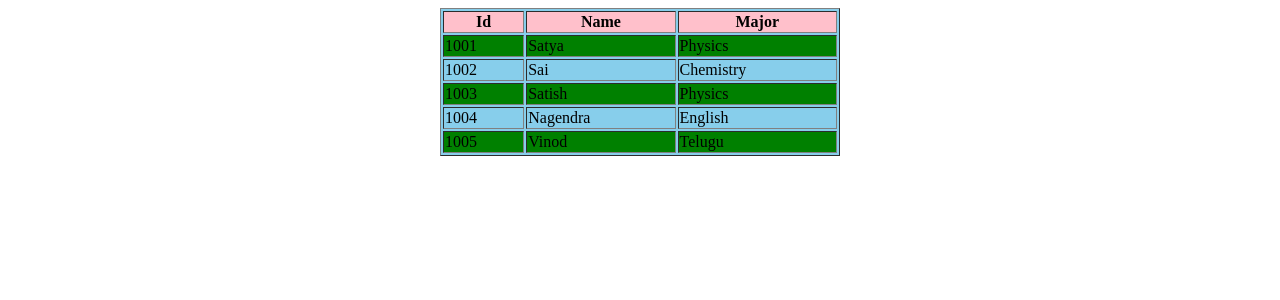
Repository: 1919satya/Mode2
Page: sample/sample/WebContent/table.html
An editor plug-in stored every save of this project. The page is shown before and after the next save, followed by the edit.
The browser window is 1280 px wide. The pictures show the whole page.

Above is the page before, as saved 2019-10-10 12:53:01.

After the next save:
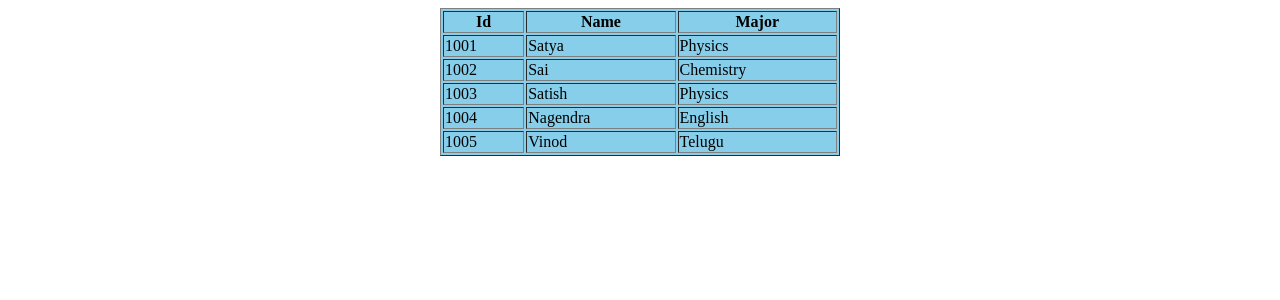
Saved 2 min 18 s later.
--- a/sample/sample/WebContent/table.html
+++ b/sample/sample/WebContent/table.html
@@ -8,13 +8,13 @@
 <form action="">
  <table border="1" align="center" width="400" bgcolor="skyblue">
 
- <tr bgcolor="pink">
+ <tr>
 
     <th>Id</th>
     <th>Name</th>
     <th>Major</th>
  </tr>
- <tr bgcolor="green">
+ <tr >
 
     <td>1001</td>
     <td>Satya</td>
@@ -26,7 +26,7 @@
     <td>Sai</td>
     <td>Chemistry</td>
  </tr>
- <tr bgcolor="green">
+ <tr >
 
     <td>1003</td>
     <td>Satish</td>
@@ -38,7 +38,7 @@
     <td>Nagendra</td>
     <td>English</td>
  </tr>
- <tr bgcolor="green">
+ <tr >
 
     <td>1005</td>
     <td>Vinod</td>
